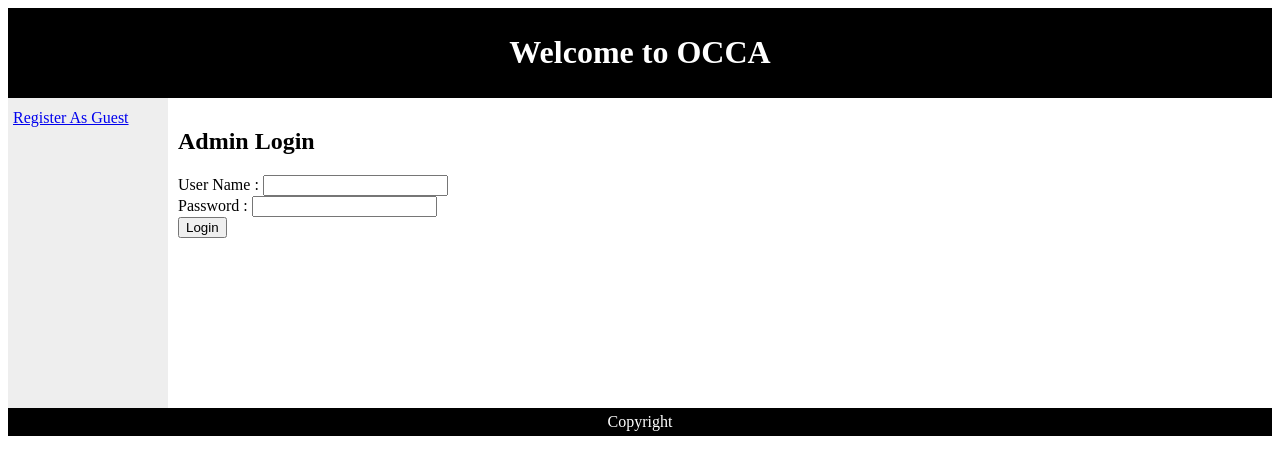
Repository: dreamxia329/TechExercise4830
Page: T3-0325-xia/T3-webProject-Xia/WebContent/login.html
These files come from the project's save history. The page is drawn as it stood at one moment and after the next save; the edit follows.
The browser window is 1280 px wide. The pictures show the whole page.

Above is the page before, as saved 2022-03-31 15:51:55.

After the next save:
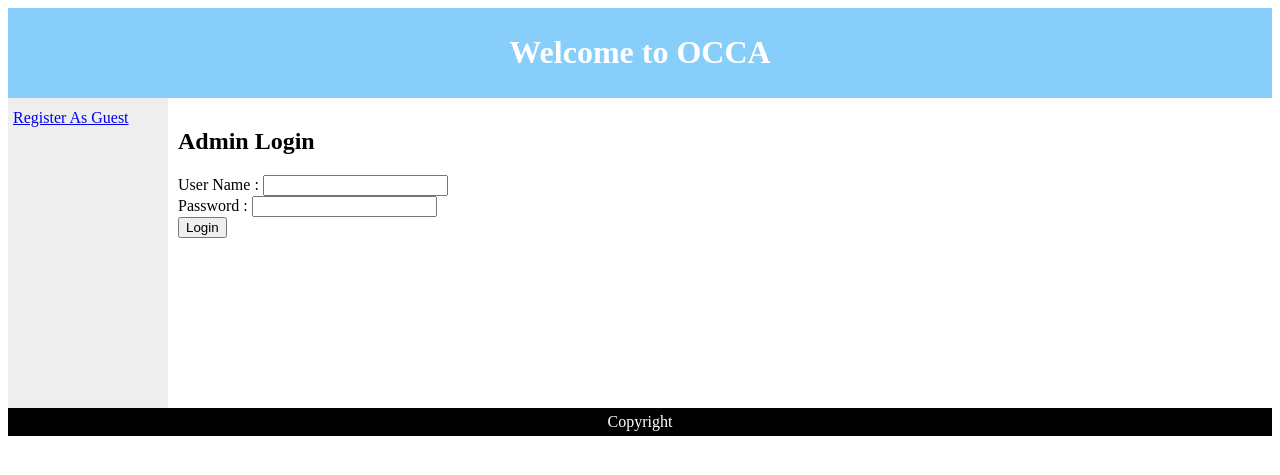
Saved 30 min 33 s later.
--- a/T3-0325-xia/T3-webProject-Xia/WebContent/login.html
+++ b/T3-0325-xia/T3-webProject-Xia/WebContent/login.html
@@ -2,7 +2,7 @@
 <head>
 <style>
 header {
-	background-color: black;
+	background-color: #87CEFA;
 	color: white;
 	text-align: center;
 	padding: 5px;
